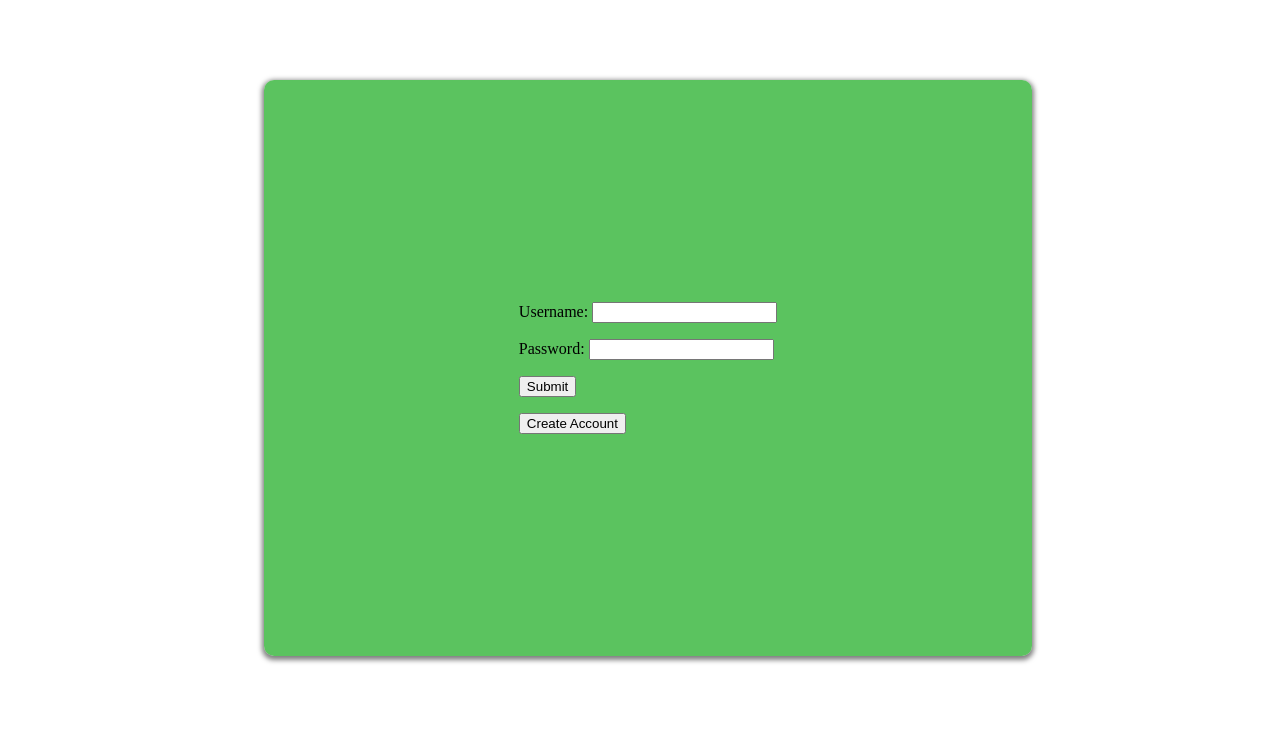
Repository: Jtho28/4830-group-project
Page: Esports-webproj/src/main/webapp/WEB-INF/Login.html
An editor plug-in stored every save of this project. The page is shown before and after the next save, followed by the edit.
The browser window is 1280 px wide. The page is 1288 px wide, so the pictures cover 1288 px, including what lies to the right of the window. The pictures show the whole page.

Above is the page before, as saved 2022-11-16 21:01:38.

After the next save:
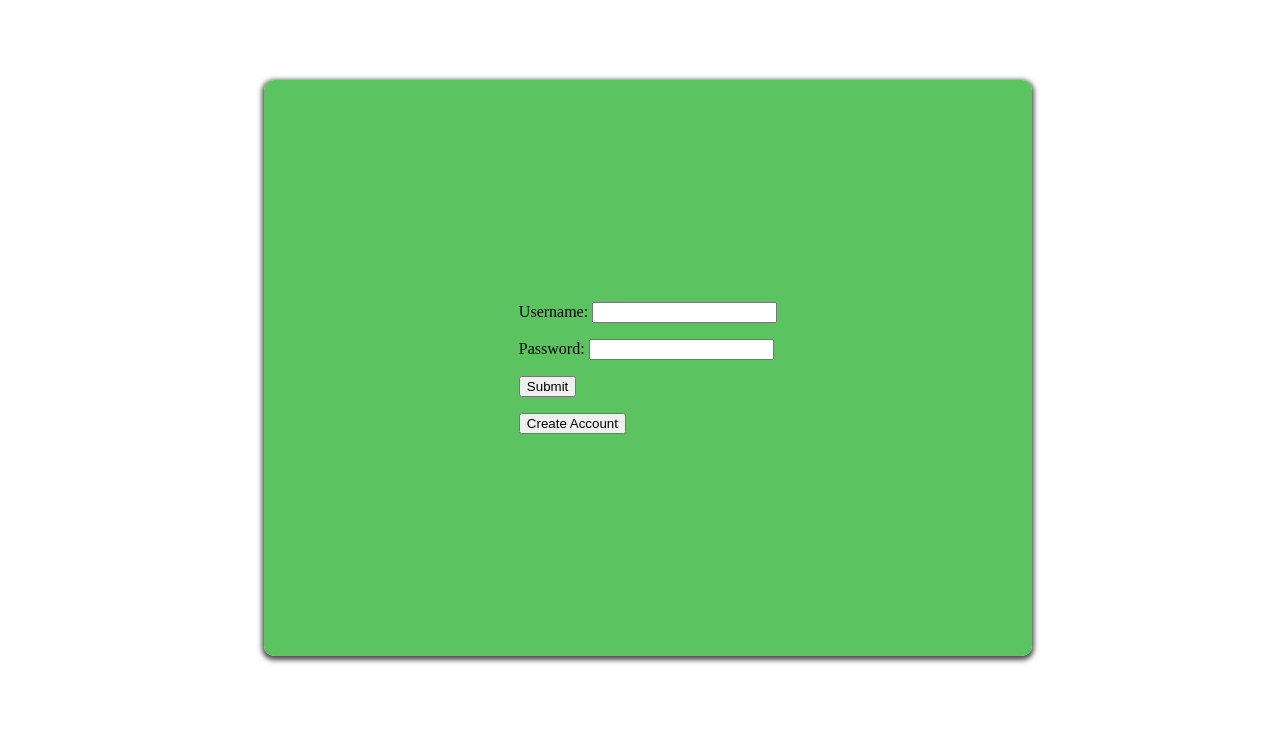
Saved 6 s later.
--- a/Esports-webproj/src/main/webapp/WEB-INF/login.css
+++ b/Esports-webproj/src/main/webapp/WEB-INF/login.css
@@ -19,7 +19,7 @@ body {
 	border-radius: 10px;
 	background: rgba(50, 181, 55, .8);
 	transition: ease all 0.5s;
-	box-shadow: 0 2px 5px 2px rgba(0,0,0, .5)
+	box-shadow: 0 2px 5px 2px rgba(0,0,0, .7)
 }
 .login:hover {
 	background: rgba(50, 181, 55, .5);
